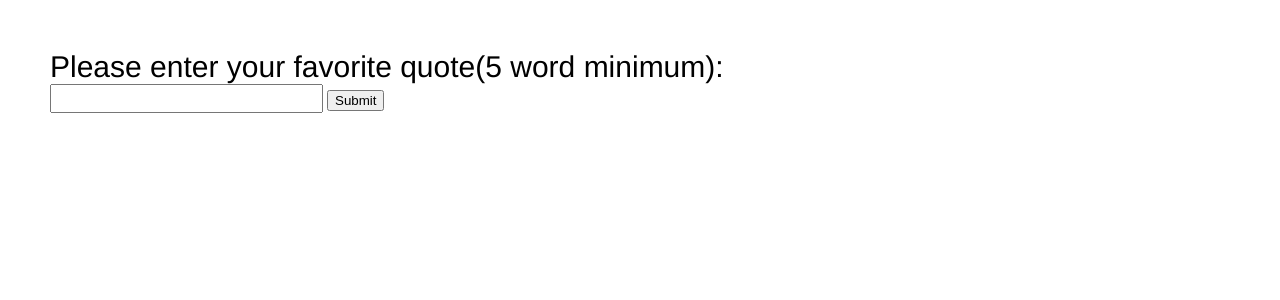
Repository: lilliebee/COSW30
Page: homework/homework4/quote.html
The author's editor kept a record of every edit. The page is drawn from the files as they stood at one moment, then again after the next edit.
The browser window is 1280 px wide. The pictures show the whole page.

Above is the page before.

After the next edit:
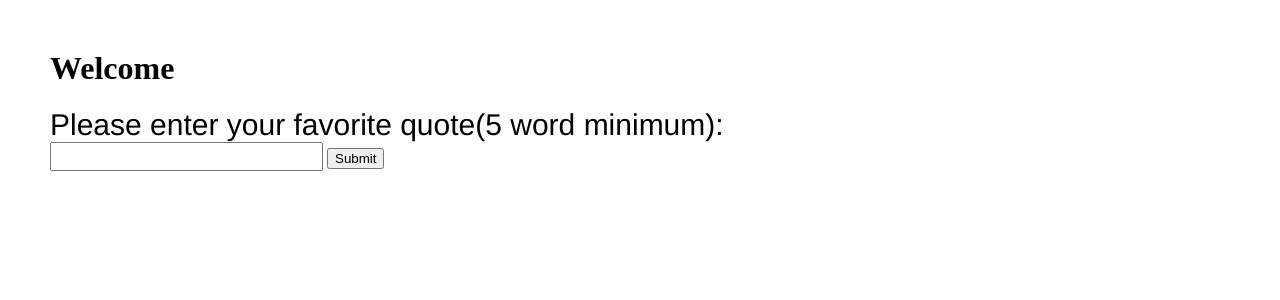
The edit:
--- a/homework/homework4/quote.html
+++ b/homework/homework4/quote.html
@@ -17,7 +17,8 @@
     </head>
 <body>
 
-<form action="quote_process.php" method="post">
+<form action="quote_process.php" method="POST">
+    <h1>Welcome</h1>
 <label>Please enter your favorite quote(5 word minimum):</label><br>
 <input type="text" quote="quote">
 
